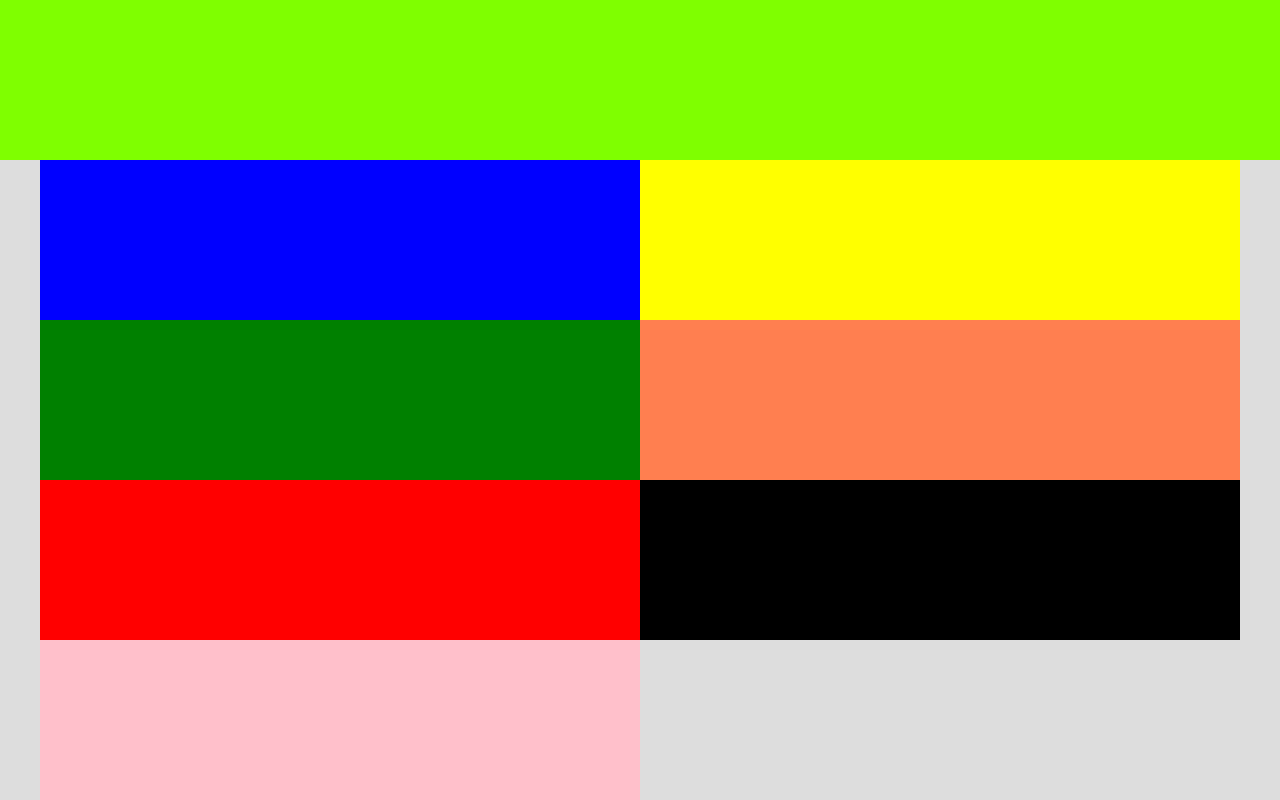
Repository: rafavirginio/clone-do-youtube
Page: index.html
The author's editor kept a copy of each file at every save. The page is drawn from the files as they stood at one save, then again after the next save.
The browser window is 1280 px wide. The pictures show the whole page.

Above is the page before, as saved 2020-09-28 18:09:33.

After the next save:
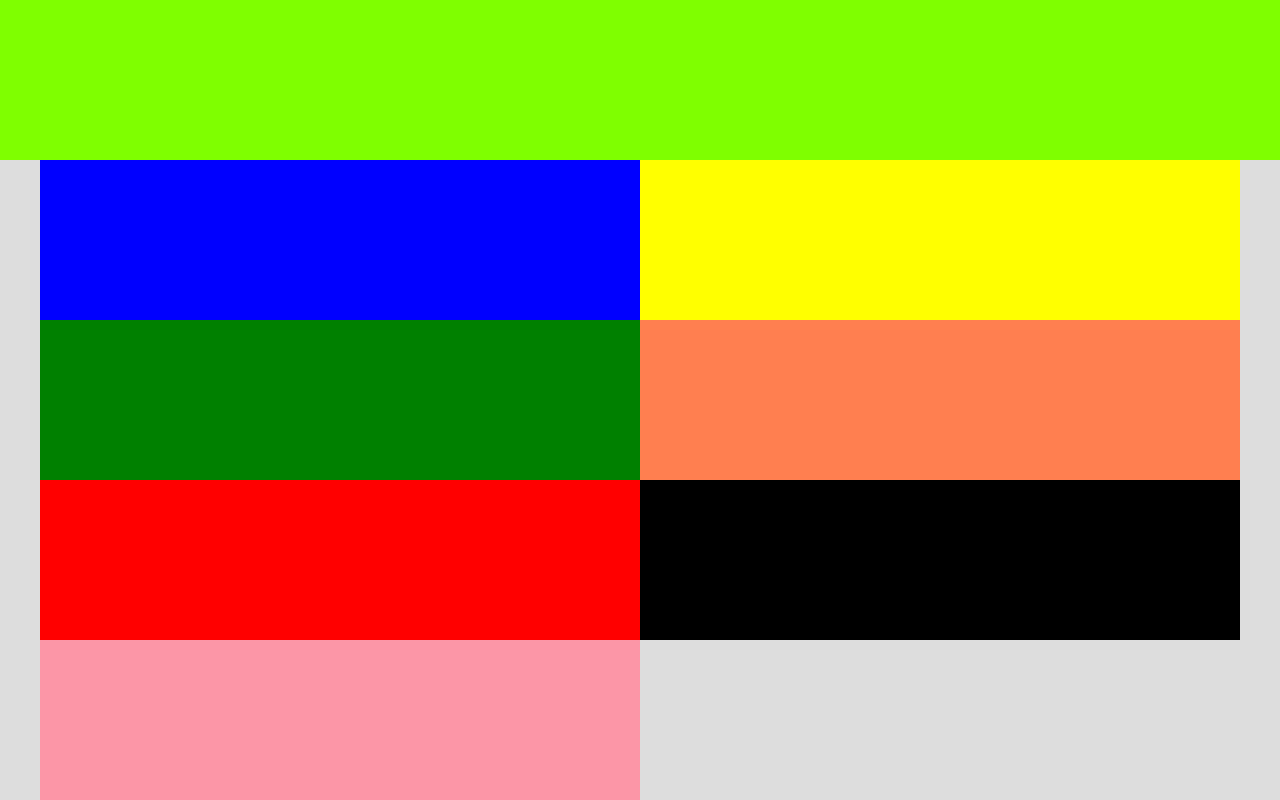
Saved 14 s later.
--- a/style.css
+++ b/style.css
@@ -52,5 +52,5 @@
 }
 
 .up-next {
-    background-color: pink;
+    background-color: rgb(252, 150, 167);
 }
